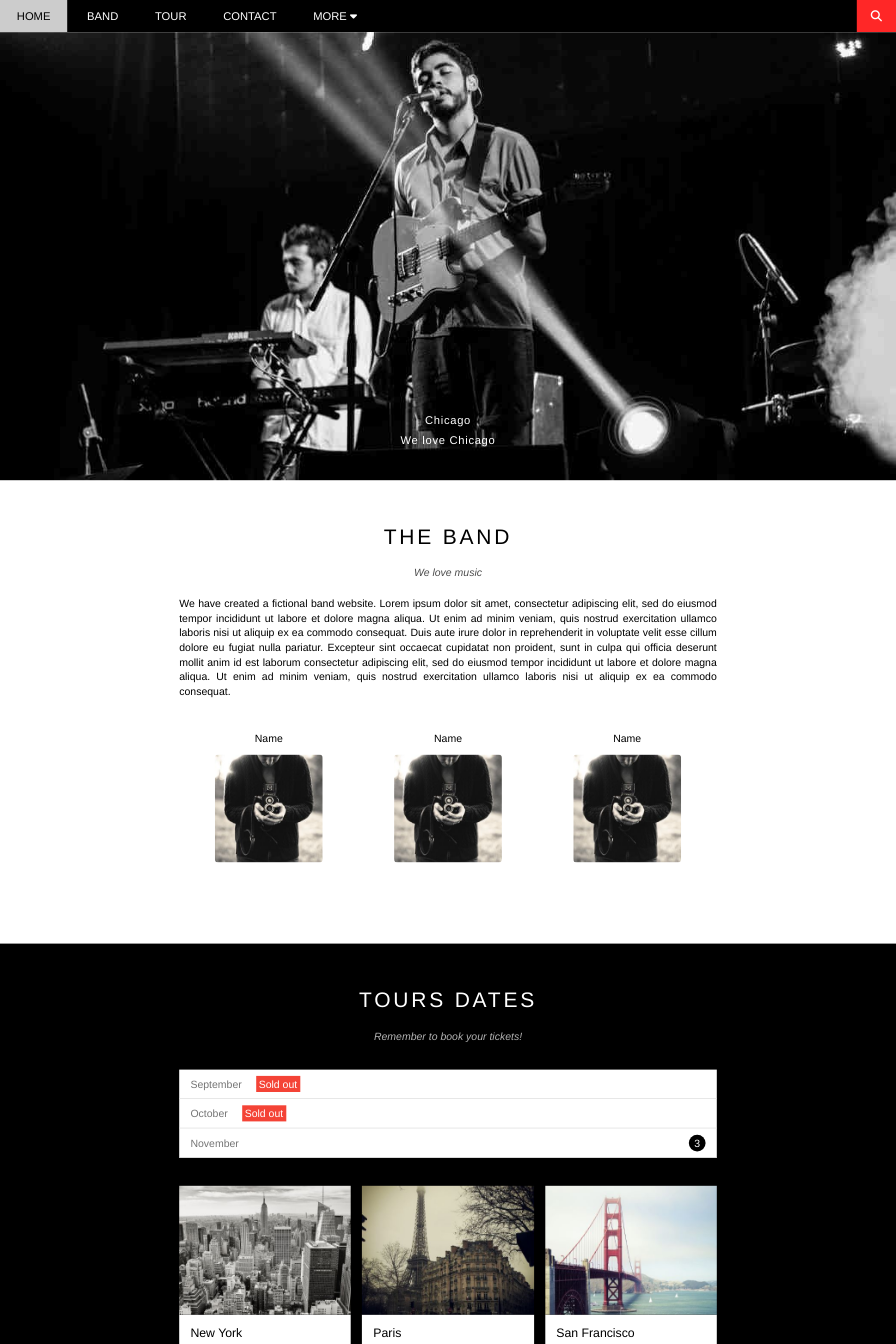
Repository: NguyenMinhChau/Theband
Page: index.html
The author's editor kept a copy of each file at every save. The page is drawn from the files as they stood at one save, then again after the next save.
The browser window is 1280 px wide. The pictures show the part of the page from y = 0 to 1920 px (the page is 3321 px tall), at 70% of full size.
The pointer rests on the first visible `#header .icon-search`.
Some web libraries are served in a nearby version.

Above is the page before, as saved 2021-10-24 09:35:45.

### index.html
<!DOCTYPE html>
<html lang="en">
<head>
    <meta charset="UTF-8">
    <meta http-equiv="X-UA-Compatible" content="IE=edge">
    <meta name="viewport" content="width=device-width, initial-scale=1.0">
    <title>THE BAND</title>
    <link rel="icon" href="https://www.w3schools.com/w3css/img_la.jpg"/>
    <script src="https://kit.fontawesome.com/a7b0f58175.js" crossorigin="anonymous"></script>
    <link rel="stylesheet" href="./assets/css/style.css">
    <link rel="stylesheet" href="./assets/css/responsive.css">
</head>
<body>
    <div id="main">
        <div id="header">
            <!-- Begin Navigation -->
            <ul id="nav">
                <li><a href="#">Home</a></li>
                <li><a href="#about">Band</a></li>
                <li><a href="#tour">Tour</a></li>
                <li><a href="#contact">Contact</a></li>
                <li><a href="#">More <i class="fas fa-caret-down"></i></a>
                    <ul class="subnav">
                        <li><a href="#">Merchandise</a></li>
                        <li><a href="#">Extras</a></li>
                        <li><a href="#">Media</a></li>
                    </ul>
                </li>
            </ul>
            <!-- End Navigation -->

            <!-- Begin Search -->
            <div class="icon-search">
                <a href="#"><i class="header-icon-search fas fa-search"></i></a>
                <a href="#"><i class="header-icon-list fas fa-list"></i></a>
            </div>
            <!-- End Search -->
        </div>

        <div id="slider">
            <div class="description">
                <h4>Chicago</h4>
                <p>We love Chicago</p>
            </div>
        </div>

        <div id="content">
            <!-- section: dành cho những phần dùng chung -->
            <!-- ABOUT SECTION -->
            <div id="about" class="content-section">
                <h2 class="section-heading">The Band</h2>
                <p class="section-subheading">We love music</p>
                <p class="about-text">We have created a fictional band website. Lorem ipsum dolor sit amet, consectetur adipiscing elit, sed do eiusmod tempor incididunt ut labore et dolore magna aliqua. Ut enim ad minim veniam, quis nostrud exercitation ullamco laboris nisi ut aliquip ex ea commodo consequat. Duis aute irure dolor in reprehenderit in voluptate velit esse cillum dolore eu fugiat nulla pariatur. Excepteur sint occaecat cupidatat non proident, sunt in culpa qui officia deserunt mollit anim id est laborum consectetur adipiscing elit, sed do eiusmod tempor incididunt ut labore et dolore magna aliqua. Ut enim ad minim veniam, quis nostrud exercitation ullamco laboris nisi ut aliquip ex ea commodo consequat.</p>
                <div class="members-list">
                    <div class="member-item col-3">
                        <p class="member-name">Name</p>
                        <img src="./assets/img/about_member01.jpg" alt="" class="member-avata">
                    </div>
                    <div class="member-item col-3">
                        <p class="member-name">Name</p>
                        <img src="./assets/img/about_member01.jpg" alt="" class="member-avata">
                    </div>
                    <div class="member-item col-3">
                        <p class="member-name">Name</p>
                        <img src="./assets/img/about_member01.jpg" alt="" class="member-avata">
                    </div>
                    <div class="clear"></div>
                </div>
            </div>

            <!-- TOUR SECTION -->
            <div id="tour" class="tour-section">
                <div class="content-section">
                    <h2 class="section-heading text-white">Tours Dates</h2>
                    <p class="section-subheading text-white">Remember to book your tickets!</p>
                    <ul class="tickets-list">
                        <li>September <span class="sold-out">Sold out</span></li>
                        <li>October <span class="sold-out">Sold out</span></li>
                        <li>November <span class="quantity">3</span></li>
                    </ul>
                    <div class="row places-list">
                        <div class="col col-3">
                            <img src="./assets/img/tour_place01.jpg" alt="New York" class="place-img">
                            <div class="place-body">
                                <h3 class="place-heading">New York</h3>
                                <p class="place-time">Fri 27 Nov 2016</p>
                                <p class="plave-desc">Praesent tincidunt sed tellus ut rutrum sed vitae justo.</p>
                                <button href="#" class="btn js-buy-ticket">Buy Tickets</button>
                            </div>
                        </div>
                        <div class="col col-3">
                            <img src="./assets/img/tour_place_02.jpg" alt="New York" class="place-img">
                            <div class="place-body">
                                <h3 class="place-heading">Paris</h3>
                                <p class="place-time">Sat 28 Nov 2016</p>
                                <p class="plave-desc">Praesent tincidunt sed tellus ut rutrum sed vitae justo.</p>
                                <button href="#" class="btn js-buy-ticket">Buy Tickets</button>
                            </div>
                        </div>
                        <div class="col col-3">
                            <img src="./assets/img/tour_place_03.jpg" alt="New York" class="place-img">
                            <div class="place-body">
                                <h3 class="place-heading">San Francisco</h3>
                                <p class="place-time">Sun 29 Nov 2016</p>
                                <p class="plave-desc">Praesent tincidunt sed tellus ut rutrum sed vitae justo.</p>
                                <button href="#" class="btn js-buy-ticket">Buy Tickets</button>
                            </div>
                        </div>
                        <div class="clear"></div>
                    </div>
                </div>
            </div>

            <!-- CONTACT SECTION -->
            <div id="contact" class="content-section">
                <h2 class="section-heading">Contact</h2>
                <p class="section-subheading">Fan? Drop a note!</p>
                <div class="contact-container">
                    <div class="infomation">
                        <p class="infomation-text">
                            <i class="fas fa-map-marker"></i>
                            Chiacago, US
                        </p>
                        <p class="infomation-text">
                            <i class="fas fa-phone"></i>
                            Phone: +00 151515
                        </p>
                        <p class="infomation-text">
                            <i class="fas fa-envelope-open-text"></i>
                            Email: mail@mail.com
                        </p>
                    </div>
                    <form class="input-infomation">
                        <div class="input-name-email">
                            <input type="text" class="intput-name" placeholder="Name" required>
                            <input type="email" class="intput-name" placeholder="Email" required>
                        </div>
                        <input type="text" class="ipnut-message" placeholder="Message" required>
                        <button class="btn pull-right">SEND</button>
                    </form>
                </div>
            </div>

            <!-- BEGIN MAP -->
            <div class="content-map-image"></div>
        </div>

        <div id="footer">
            <ul class="footer-social-list">
                <li class="social-item"><a href="#" class="social-link"><i class="fab fa-facebook-square"></i></a></li>
                <li class="social-item"><a href="#" class="social-link"><i class="fab fa-instagram-square"></i></a></li>
                <li class="social-item"><a href="#" class="social-link"><i class="fab fa-linkedin"></i></a></li>
                <li class="social-item"><a href="#" class="social-link"><i class="fab fa-youtube"></i></a></li>
                <li class="social-item"><a href="#" class="social-link"><i class="fab fa-twitter-square"></i></a></li>
            </ul>
            <p class="copyright">Powered by <a href="#">W3C</a></p>
        </div>
    </div>

    <!-- BEGIN MODEL -->
    <div class="modal">
        <div class="modal-container">
            <div class="modal-close">
                <i class="far fa-window-close"></i>
            </div>

            <header class="modal-header">
                <i class="fas fa-briefcase"></i> Tickets
            </header>

            <div class="modal-body">
                <div class="form-group">
                    <label for="money" class="modal-label">
                        <i class="fas fa-shopping-cart"></i>
                        Tickets, $15 per person
                    </label>
                    <input type="text" name="money" id="money" class="modal-input" placeholder="How many?">
                </div>

                <div class="form-group">
                    <label for="email" class="modal-label">
                        <i class="fas fa-user"></i>
                        Send To
                    </label>
                    <input type="email" name="email" id="email" class="modal-input" placeholder="Enter Email">
                </div>

                <button id="buy-tickets">
                    PAY <i class="fas fa-check"></i>
                </button>
            </div>

            <footer class="modal-footer">
                <p class="modal-help">Need
                    <a href="#">help?</a>
                </p>
            </footer>
        </div>
    </div>
    <!-- END MODAL -->
    <script src="assets/js/main.js"></script>
</body>
</html>

### assets/css/style.css
:root{
    --header-height: 46px;
}
*{
    box-sizing: border-box;
    margin: 0;
    padding: 0;
}

html{
    font-family: Helvetica, Arial, sans-serif;
}

/* BEGIN CSS COMMON */
.clear{
    clear: both;
}

.text-white{
    color: #fff !important;
}

.pull-right{
    float: right !important;
}

.row {
    margin: 0 -8px;
}

.col{
    float: left;
    padding: 0 8px;
}

.col-3{
    width: calc(100% / 3);
}

.btn{
    text-decoration: none;
    background-color: #000;
    color: #fff;
    padding: 11px 16px;
    /* Khắc phục tình trạng button che thẻ description */
    display: inline-block;
    margin-top: 15px;
    border: none;
}

.btn:hover{
    background-color: #ccc;
    color: #000;
    cursor: pointer;
}
/* END CSS COMMON */

/* BEGIN CSS HEADER */
#header{
    height: var(--header-height);
    background-color: #000;
    position: fixed;
    top: 0;
    left: 0;
    right: 0;
    /* Media query Mobile */
    overflow: hidden;
}

#nav{
    display: inline-block;
}

#nav,
#subnav{
    list-style-type: none;
}

#nav li{
    display: inline-block;
    position: relative;
}

#nav > li > a{
    color: #fff;
    text-transform: uppercase;
}

#nav li a {
    text-decoration: none;
    line-height: var(--header-height);
    padding: 0 24px;

    display: block;
}

#nav > li:hover > a,
#nav .subnav li:hover a {
    color: #000;
    background-color: #ccc;
}

#nav > li:hover .subnav{
    display: block;
}

#nav .subnav{
    display: none;
    position: absolute;
    background-color: #fff;
    box-shadow: 0 0 10px rgba(0,0,0,0.3);
    color: #000;
    top: 100%;
    left: 0;
}

#nav .subnav li a{
    color: #000;
    padding: 0 12px;
    line-height: 38px;
    min-width: 160px;
}

#nav .subnav li{
    display: block;
}

#header .icon-search{
    /* position: absolute;
    top: 0;
    right: 0; */
    float: right;
    line-height: var(--header-height);
}

#header .icon-search a{
    text-decoration: none;
}

#header .icon-search:hover{
    background-color: rgb(255, 39, 39);
    cursor: pointer;
}

#header .header-icon-search,
#header .header-icon-list{
    color: #fff;
    padding: 0 20px;
}
/* END CSS HEADER */


/* BEGIN CSS SLIDER */
#slider{
    position: relative;
    margin-top: var(--header-height);
    /* Kỹ thuật tạo ảnh không bị méo khi thay đổi kích thước */
    padding-top: 50%; /* % là theo chiều ngang của chính nó*/

    /* Khi dùng padding như trên -> ta dùng bg-image để tạo ảnh vì có thể đổ ảnh từ padding */
    background: url('../img/slider_band_chicago.jpg') no-repeat center / cover;
    z-index: -1;
}

#slider .description{
    position: absolute;
    bottom: 0;
    left: 50%;
    transform: translateX(-50%);

    color: #fff;
    text-align: center;
    margin-bottom: 48px;
    letter-spacing: 1px;
}

#slider .description h4,
#slider .description p{
    text-shadow: 0 0 10 rgba(0,0,0,0.5);
}

#slider .description h4{
    font-weight: 540;
    padding: 10px 0;
}
/* END CSS SLIDER */

/* BEGIN CSS CONTENT */
/* CSS ABOUT */
#content .content-section{
    width: 800px;
    margin: auto;
    padding: 64px 0 112px;

    /* Media query Tablet */
    max-width: 100%;
    padding-left: 16px;
    padding-right: 16px;
}

#content .section-heading,
#content .section-subheading{
    text-align: center;
}

#content .section-heading{
    font-size: 30px;
    font-weight: 500;
    text-transform: uppercase;
    letter-spacing: 4px;
}

#content .section-subheading{
    font-size: 15px;
    font-style: italic;
    margin: 25px 0;
    opacity: 0.7;
}

#content .about-text{
    text-align: justify;
    font-size: 15px;
    line-height: 1.4;
}

#content .members-list{
    margin-top: 48px;
}

#content .member-item{
    float: left;
    text-align: center;
}

#content .member-name{
    font-size: 15px;
}

#content .member-avata{
    margin-top: 15px;
    width: 154px;
    border-radius: 5px;
}

/* CSS TOUR */
#content .tour-section{
    background-color: #000;
}

#content .tickets-list{
    background-color: #fff;
    margin: 40px 0;
    list-style: none;
}

#content .tickets-list li{
    font-size: 15px;
    padding: 12px 16px;
    border-bottom: 1px solid #ddd;
    color: #757575;
}

#content .tickets-list .sold-out{
    background-color: #f44336;
    color: #fff;
    padding: 3px 4px;
    margin-left: 16px;
}

#content .tickets-list .quantity{
    float: right;
    background-color: #000;
    border-radius: 50%;
    width: 24px;
    height: 24px;
    color: #fff;
    text-align: center;
    line-height: 24px;
    margin-top: -3px;
}

#content .place-img{
    width: 100%;
    display: block;
}

#content .place-img:hover{
    opacity: 0.7;
}

#content .place-body{
    background-color: #fff;
    padding: 16px;
    font-size: 15px;
}

#content .place-heading{
    font-weight: 550;
}

#content .place-time{
    margin: 15px 0;
    color: #757575;
}

#content .plave-desc{
    line-height: 1.4;
}

/* CSS CONTACT */
#content .contact-container{
    display: flex;
    flex-direction: row;
    justify-content: space-between;
    align-items: center;
    margin-top: 48px;
}

#content .infomation-text{
    font-size: 16px;
    line-height: 1.6;
}

#content .infomation-text i {
    margin-right: 10px;
}

#content .input-name-email,
#content .ipnut-message{
    margin-bottom: 8px;
}

#content .intput-name,
#content .ipnut-message{
    padding: 5px 5px;
    outline: none;
}

#content .ipnut-message{
    width: 100%;
}

#content .content-map-image{
    height: 600px;
    background: url('../img/img-footer.jpg') no-repeat center / 100% 100%;
}
/* END CSS CONTENT */

/* BEGIN CSS FOOTER */
#footer{
    text-align: center;
    margin-bottom: 20px;
}

#footer .footer-social-list{
    list-style: none;
    margin-top: 32px;
    margin-bottom: 16px;
}

#footer .footer-social-list li{
    display: inline-block;
}

#footer .footer-social-list li a{
    color: rgb(185, 185, 185);
    padding: 0 10px;
}

#footer .footer-social-list li a i{
    font-size: 25px;
}

#footer .copyright a{
    text-decoration: none;
}
/* END CSS FOOTER */

/* BEGIN CSS MODAL */
.modal{
    position: fixed;
    top: 0;
    bottom: 0;
    right: 0;
    left: 0;
    background: rgba(0,0,0,0.3);
    align-items: center;
    justify-content: center;
    display: none;
}

.modal.open{
    display: flex;
}

.modal-container{
    position: relative;
    background-color: #fff;
    width: 900px;
    max-width: calc(100% - 30px);
    min-height: 200px;
    animation: modalFaceIn linear .5s;
}

@keyframes modalFaceIn{
    from {
        transform: translateY(-100%);
        opacity: 0;
    }
    to {
        transform: translateY(0);
        opacity: 1;
    }
}

.modal-close{
    position: absolute;
    top: 0;
    right: 0;
    color: #fff;
    padding: 12px;
}

.modal-close:hover{
    background-color: #ddd;
    color: #000;
    cursor: pointer;
}

.modal-header{
    height: 130px;
    background: #009688;
    text-align: center;
    line-height:130px;
    color: #fff;
    font-size: 30px;
}

.modal-body{
    padding: 16px;
}

.modal-label{
    display: block;
    font-size: 15px;
}

.modal-input{
    margin: 8px 0 18px 0;
    width: 100%;
    padding: 6px 5px;
    outline: none;
    border-color: #ccc;
    font-size: 15px;
}

#buy-tickets{
    width: 100%;
    background: #009688;
    border: none;
    color: #fff;
    text-transform: uppercase;
    padding: 12px;
}

#buy-tickets:hover{
    cursor: pointer;
    opacity: 0.9;
}

.modal-footer{
    padding: 12px;
    float: right;
}

.modal-help a{
    text-decoration: none;
    color: #009688;
}
/* END CSS MODAL */

### assets/css/responsive.css
/*
PC: >= 1024px (64em)
Tablet: >= 740px & < 1024px (>= 46.25em & < 63.9375em)
Mobile: < 740px (< 46.25em)
 */

@media (min-width: 64em) {
    #header .header-icon-list{
        display: none;
    }
}

@media (min-width: 46.25em) and (max-width: 63.9375em) {
    #header .header-icon-list{
        display: none;
    }
}

@media (max-width: 46.25em) {
    #nav li{
        display: block;
    }

    #header .header-icon-search{
        display: none;
    }
}

### assets/js/main.js
const $ = document.querySelector.bind(document)
const $$ = document.querySelectorAll.bind(document)

const btnTickets = $$('.js-buy-ticket');
const modal = $('.modal');
const modalContainer = $('.modal-container');
const modalClose = $('.modal-close');

for (const btnTicket of btnTickets) {
    btnTicket.addEventListener('click',function(e){
        modal.classList.add('open');
    })
}
modalClose.addEventListener('click',function(e){
    modal.classList.remove('open');
})

// Phải xác định sẽ không nổi bọt tới đâu
modal.addEventListener('click',function(e){
    modal.classList.remove('open');
})
modalContainer.addEventListener('click',function(e){
    e.stopPropagation();
})

After the next save:
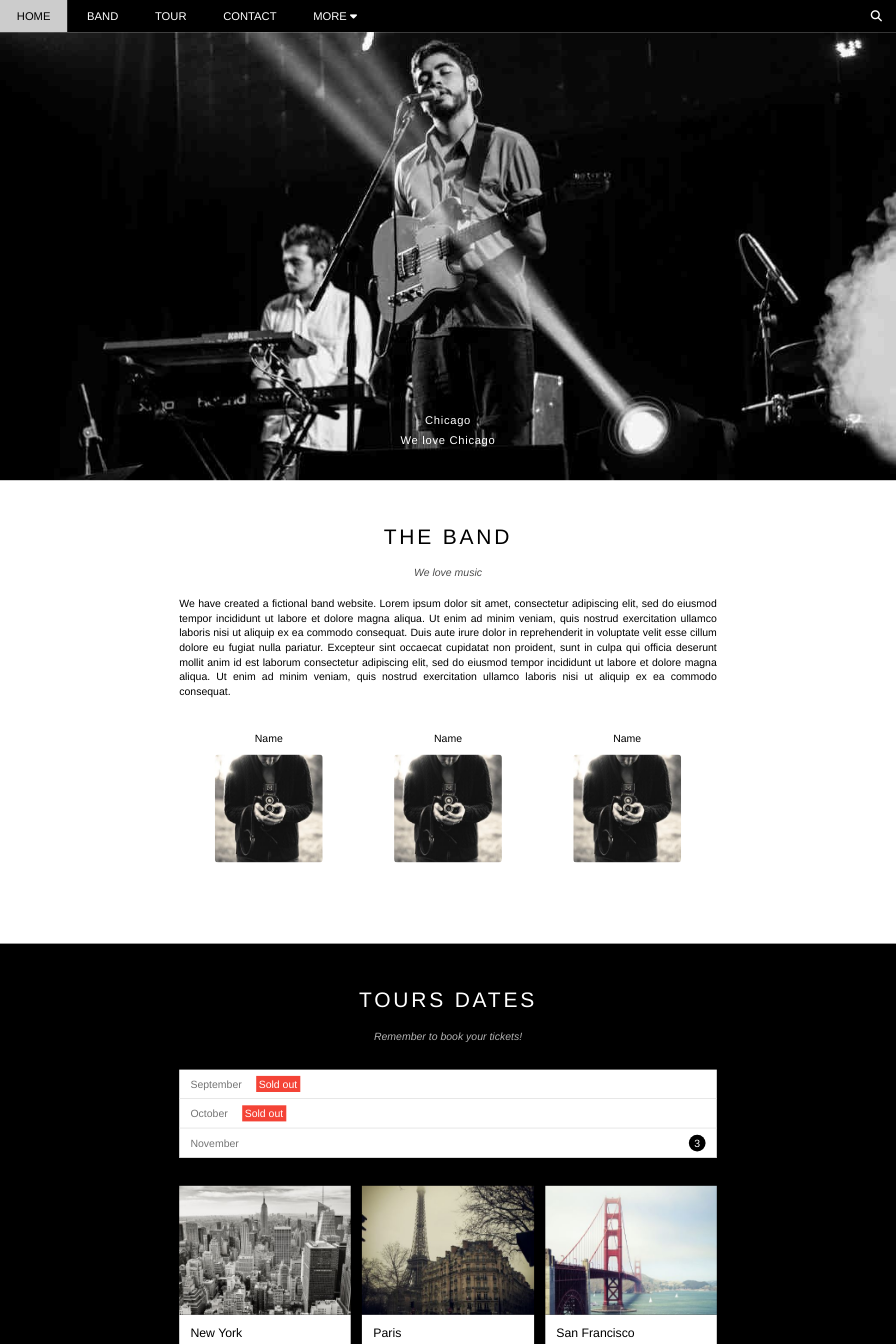
Saved 13 s later.
--- a/assets/css/style.css
+++ b/assets/css/style.css
@@ -137,7 +137,7 @@
     text-decoration: none;
 }
 
-#header .icon-search:hover{
+#header .header-icon-search:hover{
     background-color: rgb(255, 39, 39);
     cursor: pointer;
 }
